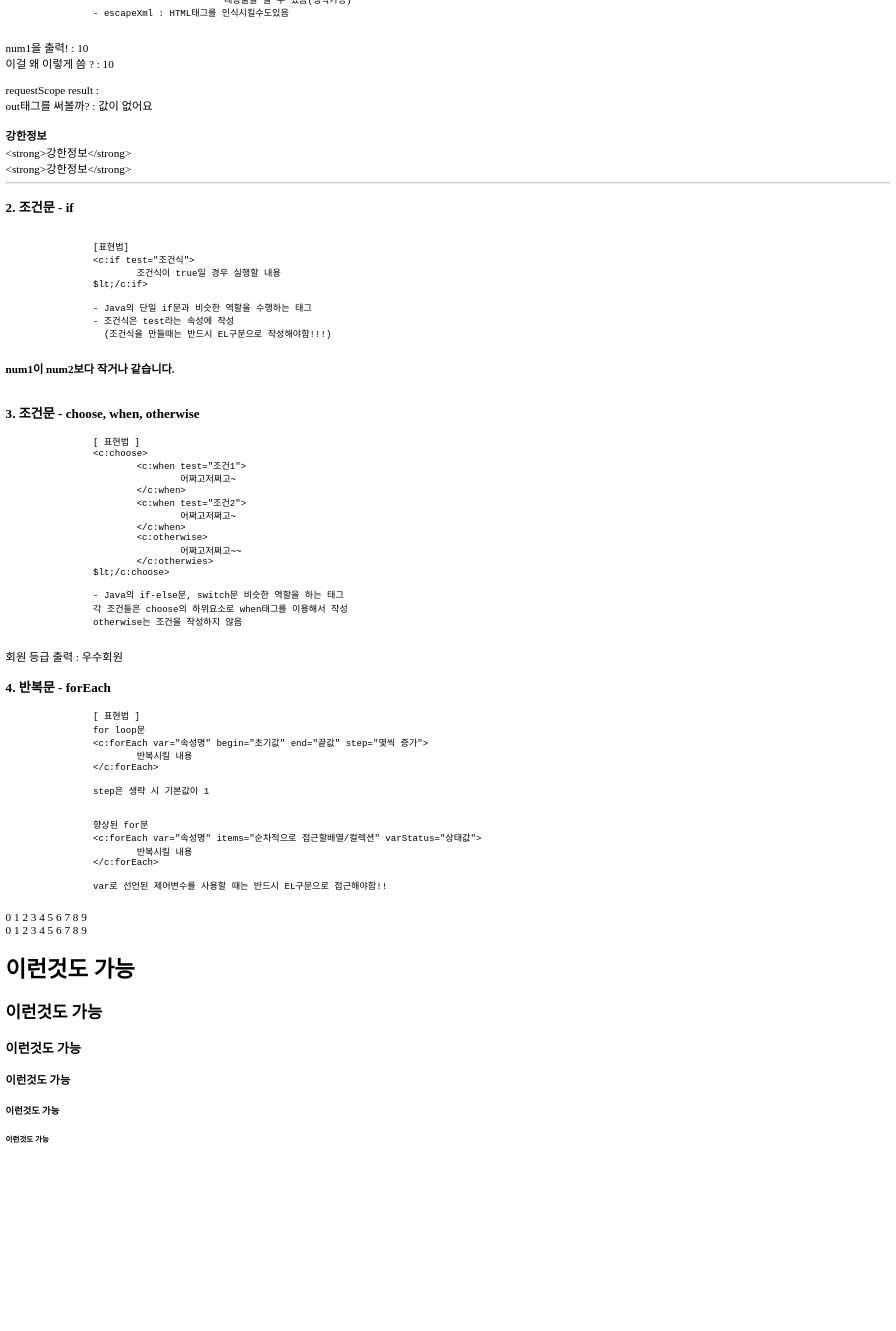
Repository: dltbxkfm86-creator/web
Page: http://localhost/Action/jstl.do
An editor plug-in stored every save of this project. The page is shown before and after the next save, followed by the edit.
The browser window is 1280 px wide. The pictures show the part of the page from y = 1224 to 3144 px (the page is 3126 px tall before and 3144 px after), at 70% of full size.
The page is served by Tomcat 9.

Above is the page before, as saved 2025-09-25 01:21:07.

After the next save:
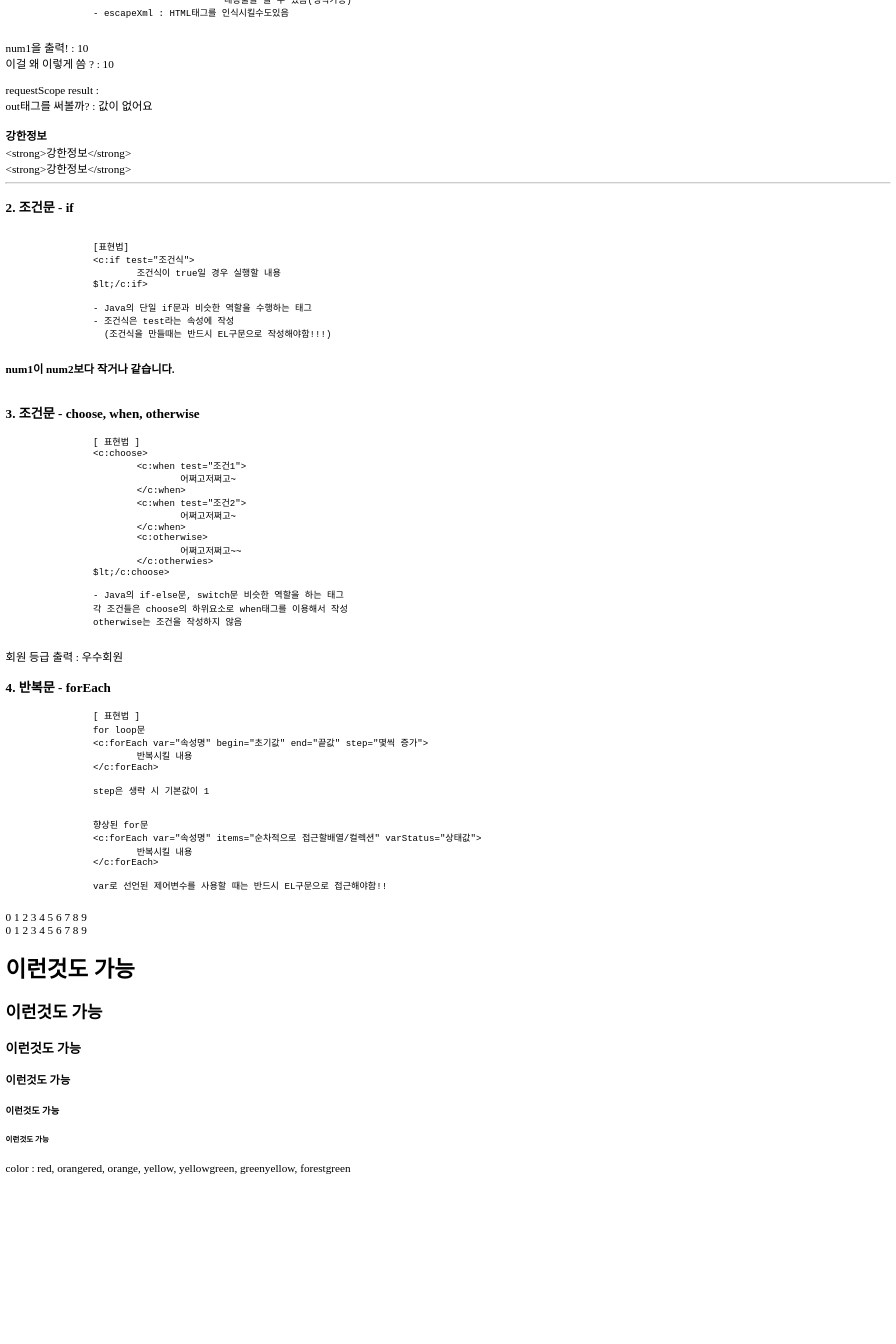
Saved 79 s later.
--- a/Action/src/main/webapp/WEB-INF/views/customaction/JSTL.jsp
+++ b/Action/src/main/webapp/WEB-INF/views/customaction/JSTL.jsp
@@ -235,6 +235,29 @@
 		<h${ i }>이런것도 가능</h${ i }>
 	</c:forEach>
 
+	<c:set var="color">
+		red, orangered, orange, yellow, yellowgreen, greenyellow, forestgreen
+	</c:set>
+
+	color : ${ color }
+
+	<br>
+
+
+
+
+
+
+
+
+
+
+
+
+
+
+
+
 
 
 	<br><br><br><br><br><br><br><br><br><br><br><br><br>
